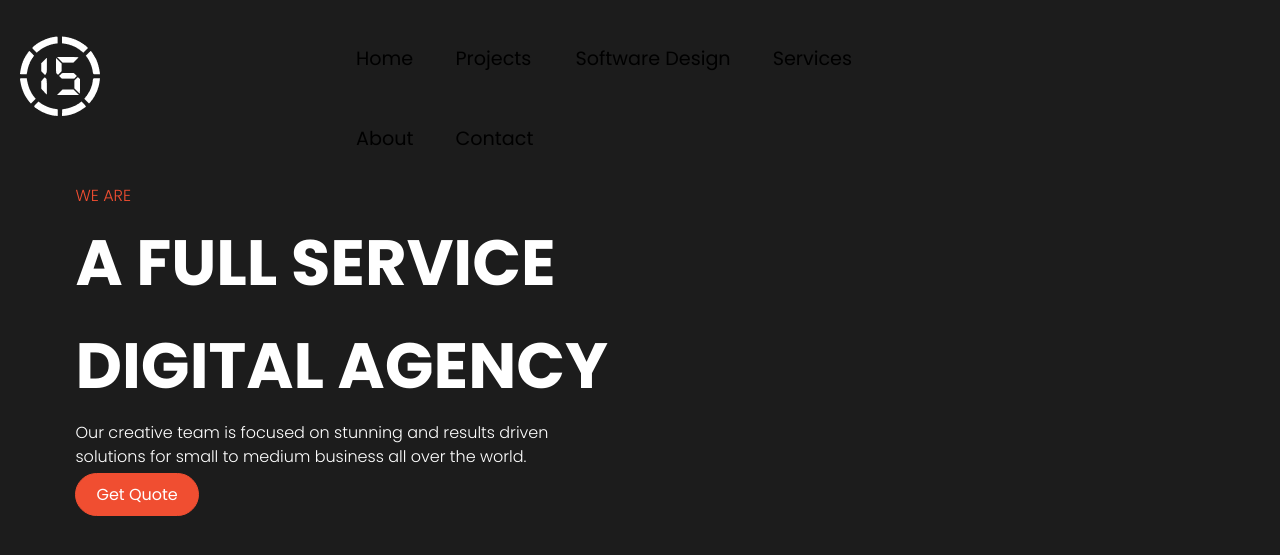
Repository: gopalpurohit54/one5
Page: /
An editor plug-in stored every save of this project. The page is shown before and after the next save, followed by the edit.
The browser window is 1280 px wide. The pictures show the whole page.
The project was rebuilt for these pictures with package versions that can differ from the ones it lists, and the page was loaded fresh each time.

Above is the page before, as saved 2021-06-11 15:03:52.

After the next save:
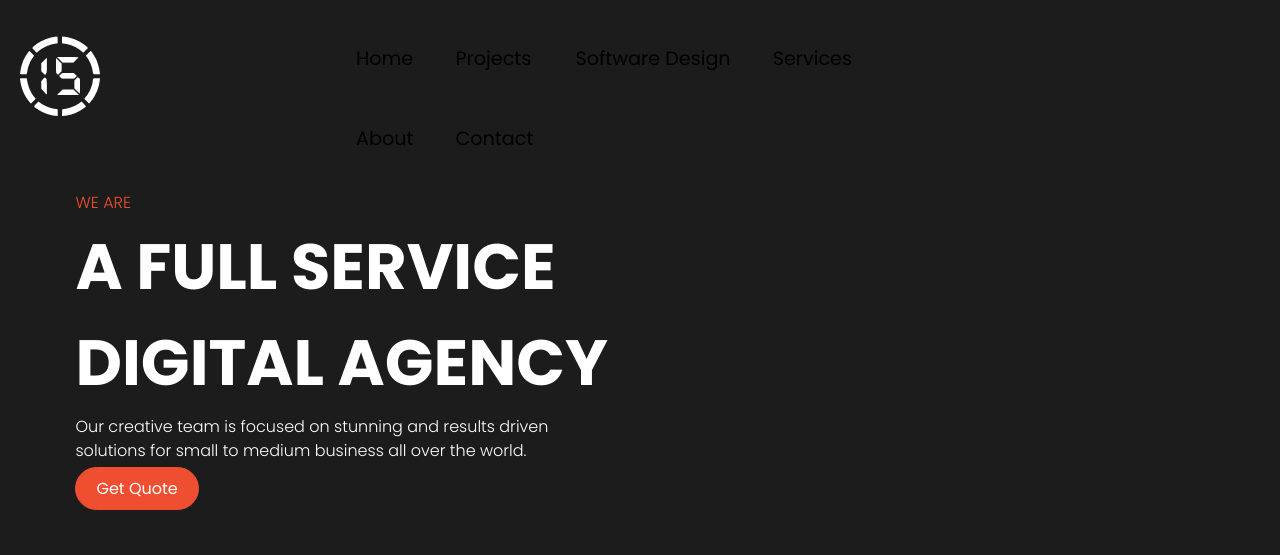
Saved 15 s later.
--- a/src/components/HeroSection.js
+++ b/src/components/HeroSection.js
@@ -38,7 +38,7 @@ function HeroSection() {
         h1 {
             margin-bottom: 0.25rem;
             font-size: 4rem;
-            line-height: 1.6;
+            line-height: 1.5;
         }
 
         p {
